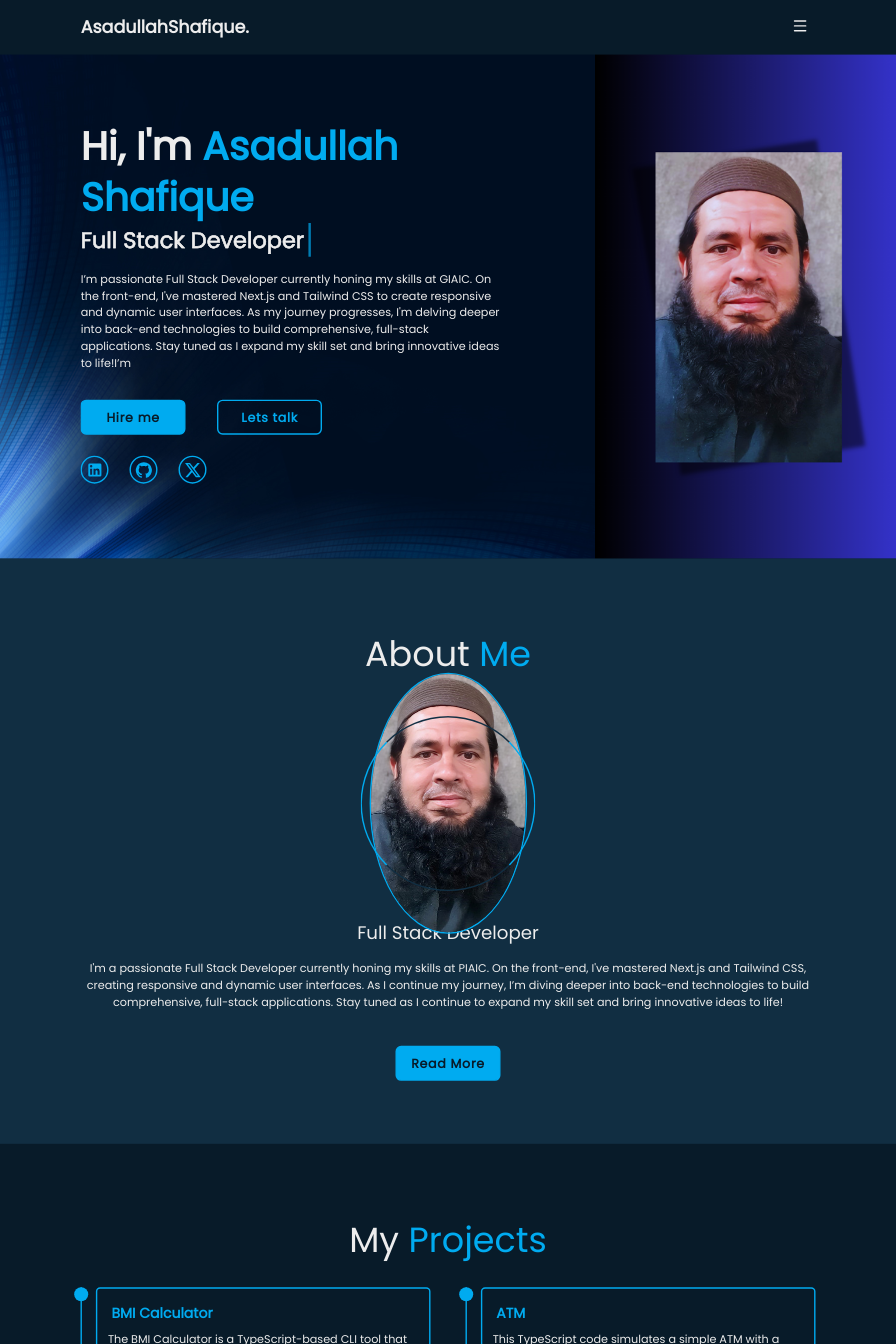
Repository: asadullah48/nextjs_projects_portfolio
Page: /
These files come from the project's save history. The page is drawn as it stood at one moment and after a run of saves; the edit follows.
The browser window is 1280 px wide. The pictures show the part of the page from y = 0 to 1920 px (the page is 4234 px tall), at 70% of full size.
The project was rebuilt for these pictures with package versions that can differ from the ones it lists, and the page was loaded fresh each time. The framework's server and built-in components were replaced by stand-ins that run in the browser. Also part of the build but not shown: next.config.ts.

Above is the page before, as saved 2024-11-13 13:37:41.

After the next 2 saves:
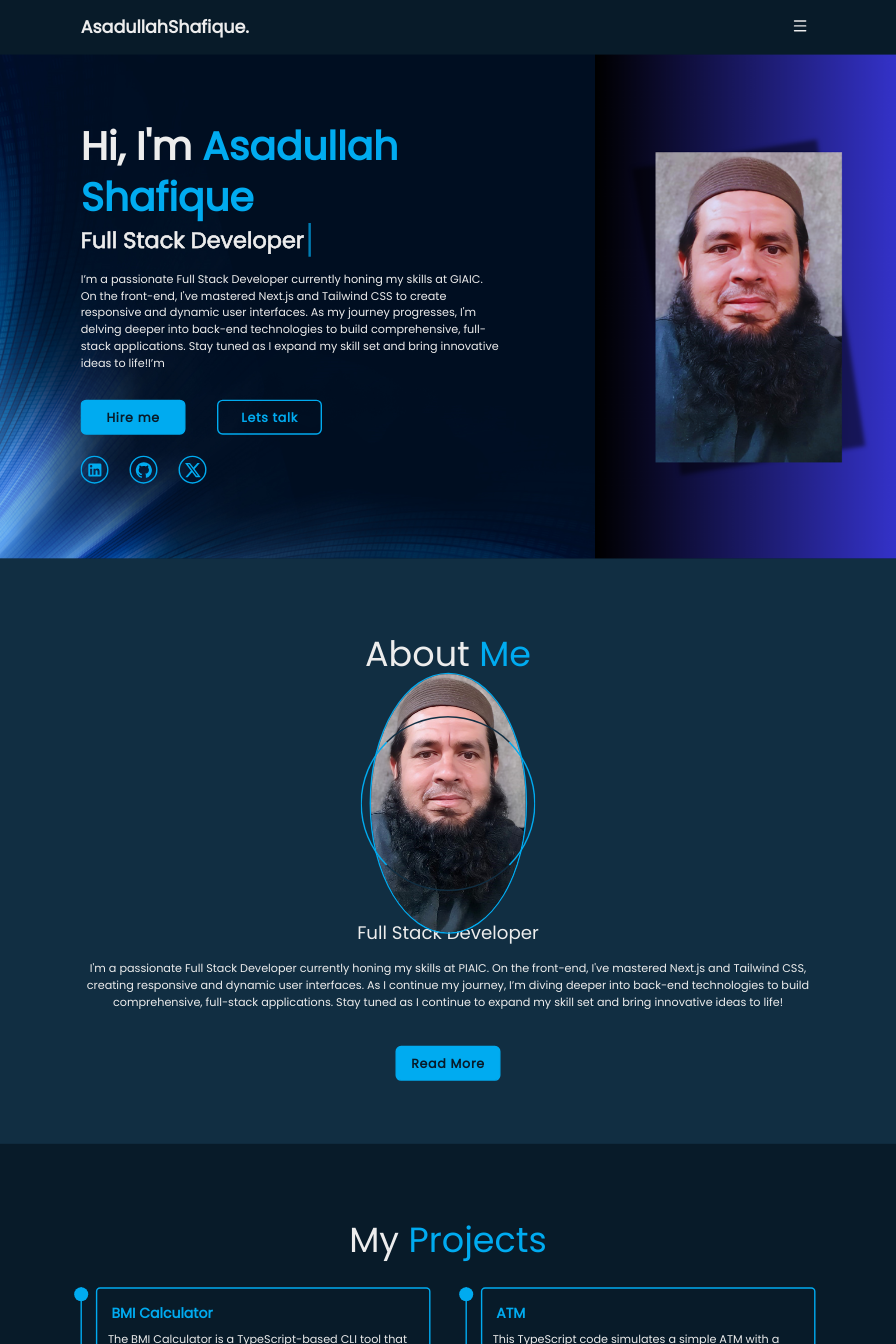
The 2 saves are shown as one change because they came seconds apart.
The last was saved 11 s later.
--- a/src/app/page.tsx
+++ b/src/app/page.tsx
@@ -132,8 +132,7 @@ active:text-[var(--main-color)]"
             <h3>Full Stack Developer</h3>
           </div>
           <p>
-           I’m
-            passionate Full Stack Developer currently honing my skills at GIAIC.
+           I’m a passionate Full Stack Developer currently honing my skills at GIAIC.
           On the front-end, I've mastered Next.js and Tailwind CSS to create responsive and dynamic user interfaces.
            As my journey progresses, I'm delving deeper into back-end technologies to build comprehensive, full-stack applications.
            Stay tuned as I expand my skill set and bring innovative ideas to life!I’m
